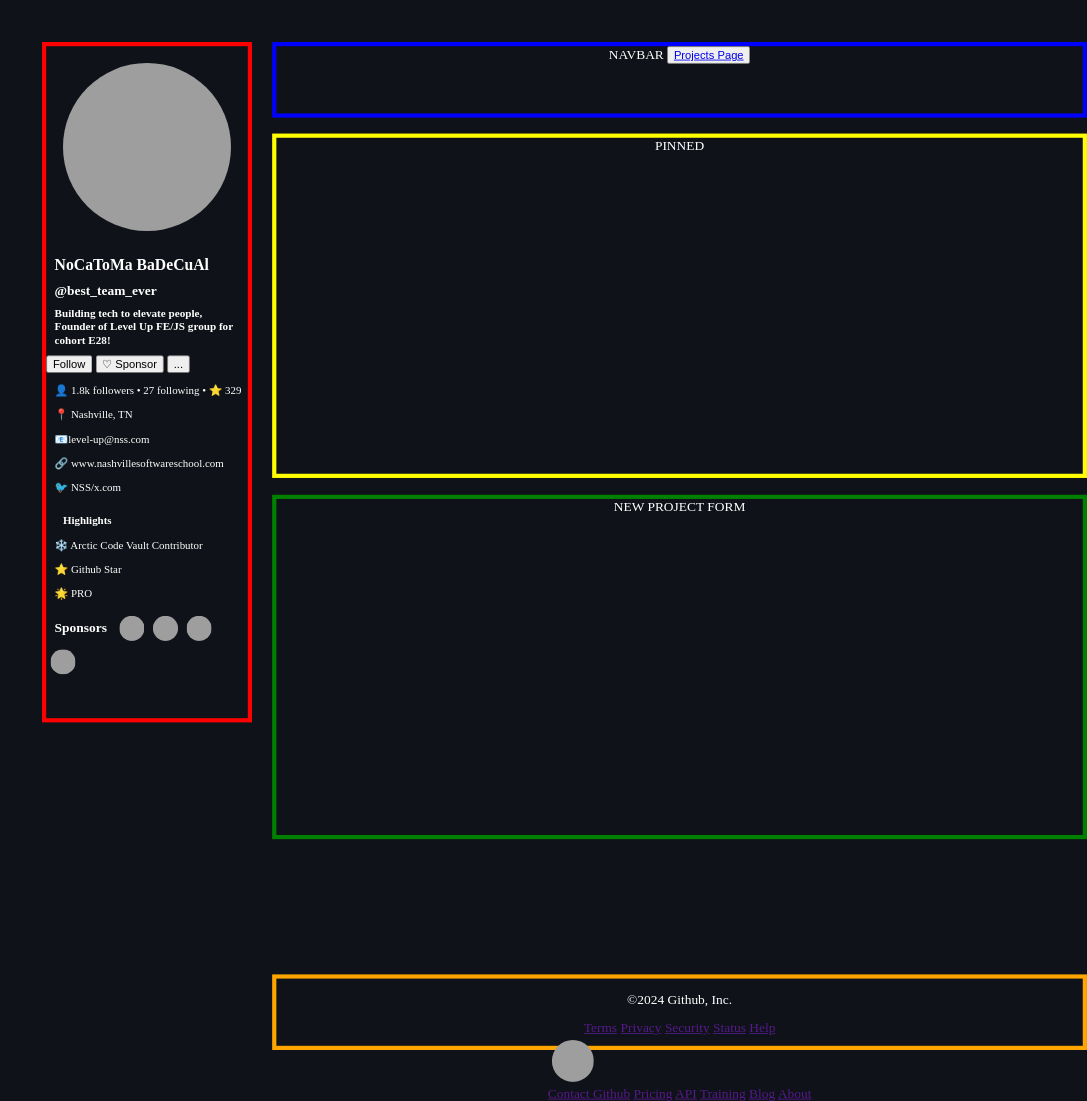
Repository: nss-evening-cohort-28/nss-evening-cohort-28-classroom-gitsub-Q1-project-gitsub
Page: index.html
The author's editor kept a copy of each file at every save. The page is drawn from the files as they stood at one save, then again after the next save.
The browser window is 1280 px wide. The page is 1294 px wide, so the pictures cover 1294 px, including what lies to the right of the window. The pictures show the whole page, at 84% of full size.
Pictures or frames that could not be fetched are drawn as grey boxes.

Above is the page before, as saved 2024-08-07 22:01:00.

### index.html
<!DOCTYPE html>
<html lang="en">
<head>
    <meta charset="UTF-8">
    <meta name="viewport" content="width=device-width, initial-scale=1.0">
    <link rel="stylesheet" href="main.css">
    <title>Document</title>
</head>
<body>
    <div class="flexContainer">
        <div class="profile">
          <div class="top-section">
            <img src="https://media.tenor.com/GliBTZeL1kQAAAAM/%D0%BC%D0%BE%D0%B9-%D0%B4%D0%B5%D0%B4.gif" class="card-img-top" >
            <div class="profile-info">
            <h3>NoCaToMa BaDeCuAl</h3>
            <h4>@best_team_ever</h4>
            <h5>Building tech to elevate people, Founder of Level Up FE/JS group for cohort E28!</h5>
            </div>
            <div class="profile-section-buttons">
              <div class="d-grid gap-2 d-md-block">
                <button class="btn btn-primary" type="button">Follow</button>
                <button class="btn btn-primary" type="button">♡ Sponsor</button>
                <button class="btn btn-primary" type="button">...</button>
              </div>
            </div>
            <div class="profile-body">
              <p>👤 1.8k followers • 27 following • ⭐️ 329</p>
              <p>📍 Nashville, TN</p>
              <p>📧level-up@nss.com</p>
              <p>🔗 www.nashvillesoftwareschool.com</p>
              <p>🐦 NSS/x.com</p>
            </div>
          </div>
          <div class="middle-section">
            <h4>Highlights</h4>
            <p>❄️ Arctic Code Vault Contributor</p>
            <p>⭐️ Github Star</p>
            <p>🌟 PRO</p>
          </div>
          <div class="bottom-section">
            <h4>Sponsors</h4>
            <br>
            <img src="https://avatars.githubusercontent.com/u/31261276?s=100&v=4" class="sponsor-pic">
            <img src="https://avatars.githubusercontent.com/u/137121714?s=100&v=4" class="sponsor-pic">
            <img src="https://avatars.githubusercontent.com/u/173638175?s=100&v=4" class="sponsor-pic">
            <img src="https://avatars.githubusercontent.com/u/107224963?s=100&v=4" class="sponsor-pic">
          </div>
        </div>
        <div class="flexContainer">
            <div class="navBar">NAVBAR
              <button><a href="projects.html">
                Projects Page
              </a></button>
            </div>
            <div class="pinned">PINNED</div>
            <div class="newProject">NEW PROJECT FORM</div>
            <div class="footer">
              <div class="footer-links">
                <p>©2024 Github, Inc.</p>
                <a href="">Terms</a>
                <a href="">Privacy</a>
                <a href="">Security</a>
                <a href="">Status</a>
                <a href="">Help</a>
                <img src="https://cdn-icons-png.flaticon.com/256/889/889111.png" class="footer-pic">
                <a href="">Contact Github</a>
                <a href="">Pricing</a>
                <a href="">API</a>
                <a href="">Training</a>
                <a href="">Blog</a>
                <a href="">About</a>
              </div>
            </div>
        </div>
    </div>
    <script src="main.js"></script>
</body>
</html>

### main.css
body {
    background-color: #0F1218;
    text-align: center;
    margin: 50px;
    width: 1200px;
    color: white;
}

.flexContainer {
    display: flex;
    flex-wrap: wrap;
    flex-direction: column;
    max-width: 75rem;
    height: 75rem;
    gap: 2%;
}

.profile {
    border: 5px solid red;
    width: 15rem;
    height: 50rem;
    text-align: left;

}

.navBar {
    border: 5px solid blue;
    width: 60rem;
    height: 5rem;
}

.pinned {
    border: 5px solid yellow;
    width: 60rem;
    height: 25rem;
    margin-top: 2%;
}

.newProject {
    border: 5px solid green;
    width: 60rem;
    height: 25rem;
    margin-top: 2%;
}

.footer {
    border: 5px solid orange;
    width: 60rem;
    height: 5rem;
    margin-top: auto;
    align-self: flex-end;
}

#footerContainer {
    display: flex;
    align-self: flex-end;

}

/* Noah Styling: Profile Section Start*/
h3, h4, h5 {
    margin: 10px;
}

.top-section {
    display: flex;
    flex-wrap: wrap;
    justify-content: flex-start;
    margin: 0px;
}

.card-img-top {
    display: flex;
    flex-wrap: wrap;
    justify-content: space-around;
    border-radius: 50%;
    height: 200px;
    width: 200px;
    margin: 20px;
  }

  .bottom-section {
    display: flex;
    flex-wrap: wrap;
    align-content: end;

  }
  .sponsor-pic {
    border-radius: 50%;
    height: 30px;
    width: 30px;
    margin: 5px;
  }

  .profile-body {
    font-size: small;
    margin: 0px 0px 0px 10px;
    padding: 0px;
  }

  .middle-section {
    font-size: small;
    margin-left: 10px;
  }
/* Noah Styling: Profile Section End */

/* Noah Styling: Footer Section Start */

.footer {
    display: flex;
    flex-wrap: wrap;
    flex-direction: row;
    justify-content: center;
}

.footer-pic {
    display: flex;
    flex-wrap: wrap;
    flex-direction: row;
    border-radius: 50%;
    height: 50px;
    width: 50px;
    margin: 5px;
  }

/* Noah Styling: Footer Section Start */

Loaded but not shown: main.js (no copy from this time; the picture is the same without it)

After the next save:
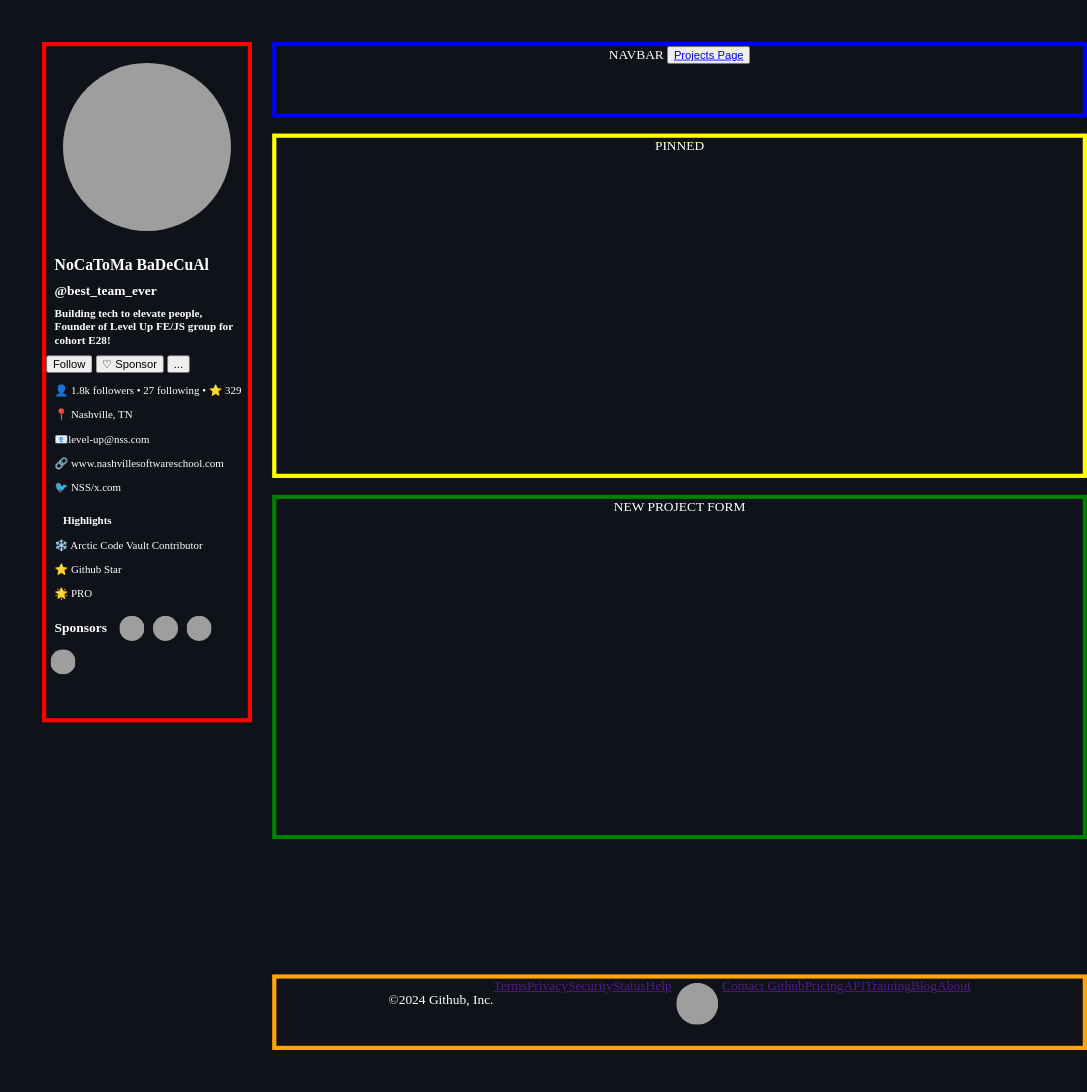
Saved 73 s later.
--- a/main.css
+++ b/main.css
@@ -122,5 +122,10 @@
     width: 50px;
     margin: 5px;
   }
+  .footer-links {
+    display: flex;
+    flex-wrap: wrap;
+    flex-direction: row;
+  }
 
 /* Noah Styling: Footer Section Start */
